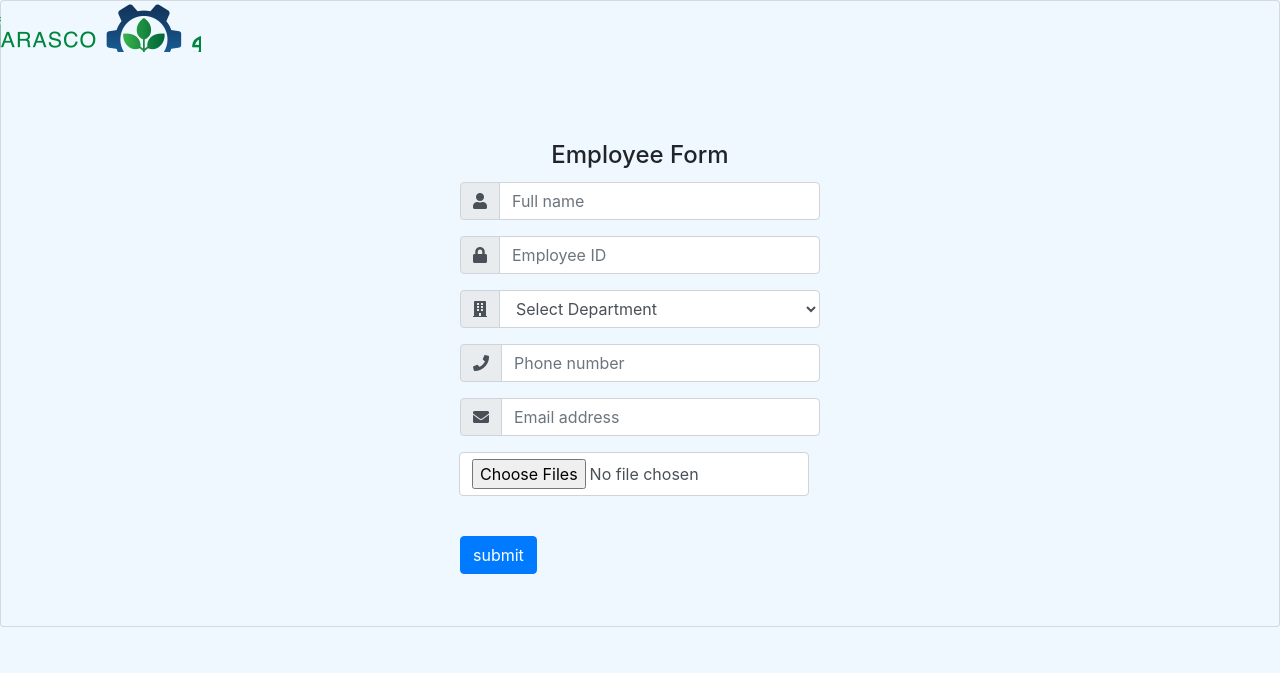
Repository: Abdulah68/ARASCO
Page: index.html
These files come from the project's save history. The page is drawn as it stood at one moment and after a run of saves; the edit follows.
The browser window is 1280 px wide. The pictures show the whole page.
Some web libraries are served in a nearby version.

Above is the page before, as saved 2020-12-24 14:39:24.
Console error: TypeError: Cannot read properties of undefined (reading 'fn')

### index.html
<link href="//maxcdn.bootstrapcdn.com/bootstrap/4.0.0/css/bootstrap.min.css" rel="stylesheet" id="bootstrap-css">
<script src="//maxcdn.bootstrapcdn.com/bootstrap/4.0.0/js/bootstrap.min.js"></script>
<!------ Include the above in your HEAD tag ---------->
<link rel="stylesheet" href="https://use.fontawesome.com/releases/v5.0.8/css/all.css">
<head>
    <title>IARASCO</title>
    <link rel="stylesheet" href="style.css">
    <link rel = "icon" href = "Iamges/icon.png" />
  </head>
<body style="background-color: #F0F8FF !important" style="border-top: solid;">
<div class="card bg-light" style="background-color:#F0F8FF !important;">
    <head>
        <h1 class="logo">
        <a href="Iamges/ARASCO1.png" >ARASCO</a>
    </h1>
    </head>
<article class="card-body mx-auto" style="max-width: 400px;">
	<h4 class="card-title mt-3 text-center">Employee Form</h4>
	<form>
	<div class="form-group input-group">
		<div class="input-group-prepend">
		<span class="input-group-text"> <i class="fa fa-user"></i> </span>
		 </div>
        <input name="" class="form-control" placeholder="Full name" type="text">
    </div>

      <!-- form-group end.// -->
      <div class="form-group input-group">
    	<div class="input-group-prepend">
		<span class="input-group-text"> <i class="fa fa-lock"></i> </span>
		</div>
        <input class="form-control" placeholder="Employee ID " type="Employee ID">
    </div>

    <!-- form-group// -->
    <div class="form-group input-group">
     <div class="input-group-prepend">
     <span class="input-group-text"> <i class="fa fa-building"></i> </span>
      </div>
     <select class="form-control">
       <option selected=""> Select Department</option>
       <option>IT</option>
        <option>HR</option>
        <option>Srcurity</option>
      </select>
        </div>

     <!-- form-group// -->
    <div class="form-group input-group">
    	<div class="input-group-prepend">
		    <span class="input-group-text"> <i class="fa fa-phone"></i> </span>
        </div>
    	<input name="" class="form-control" placeholder="Phone number" type="text">
    </div>

     <!-- form-group// -->
    <div class="form-group input-group">
    	<div class="input-group-prepend">
		    <span class="input-group-text"> <i class="fa fa-envelope"></i> </span>
		 </div>
        <input name="" class="form-control" placeholder="Email address" type="email">
    </div>

     <!-- form-group// -->
    <div class="form-group input-group">
    	<div class="input-group-prepend">
    </div>

     <!-- form-group// -->
    <div class="mb-3">
        <input class="form-control" type="file" id="formFileMultiple" style="width:350px;" multiple><br/>
      </div>
      <!-- form-group// -->
    <div class="form-group">
        <button type="submit" class="btn btn-primary btn-block" style="text-align: center;"> submit  </button>
    </div>

</form>
</article>
</div> <!-- card.// -->

</div>
<!--container end.//-->
</body>

### style.css

.logo
{

    background: url(Iamges/ARASCO1.png);
    margin: 3px;
    margin-left: -572px;
    margin-right:1078px;
    margin-bottom: 53px;
    width: -90px;

}

After the next 2 saves:
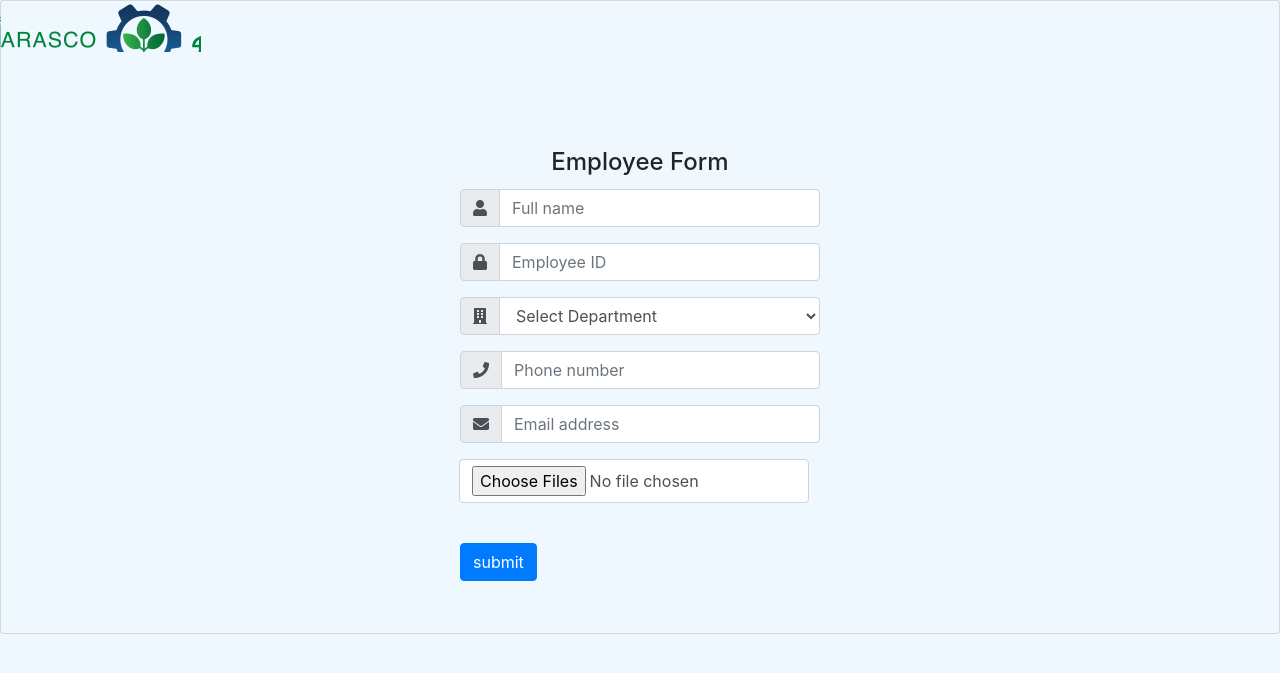
The 2 saves are shown as one change because they came seconds apart.
The last was saved 6 s later.
--- a/style.css
+++ b/style.css
@@ -6,7 +6,7 @@
     margin: 3px;
     margin-left: -572px;
     margin-right:1078px;
-    margin-bottom: 53px;
+    margin-bottom: 60px;
     width: -90px;
 
 }
